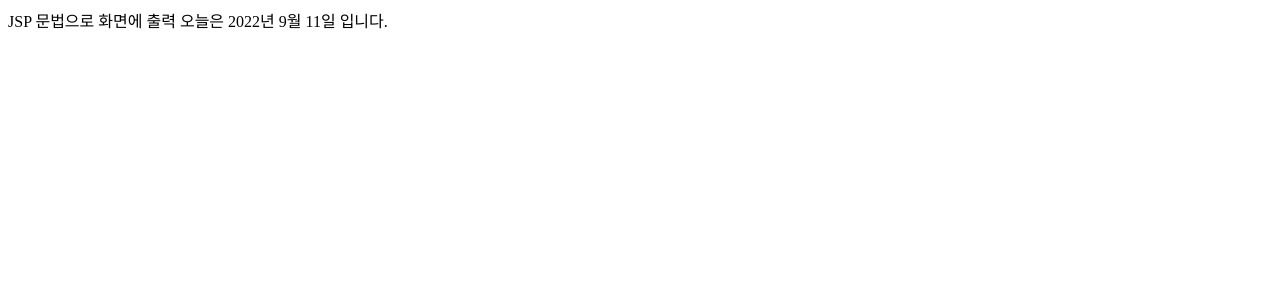
Repository: HyemCha/servlet-jsp
Page: http://localhost/ServletJSP/Test.jsp
An editor plug-in stored every save of this project. The page is shown before and after the next save, followed by the edit.
The browser window is 1280 px wide. The pictures show the whole page.
The page is served by Tomcat 9. Other server files are loaded and not shown.

Above is the page before, as saved 2022-10-11 00:27:34.

### eclipse-workspace/ServletJSP/src/main/webapp/Test.jsp
<%@page import="java.util.Date"%>
<%@ page language="java" contentType="text/html; charset=UTF-8"
    pageEncoding="UTF-8"%>
<!DOCTYPE html>
<html>
<head>
<meta charset="UTF-8">
<title>Insert title here</title>
</head>
<body>
	<%= "JSP 문법으로 화면에 출력"%>

	<%
	Date d = new Date();
	int year = d.getYear() + 1900;
	int month = d.getMonth();
	int day = d.getDate();
	String hi = "Hello";
	%>

	<%= "오늘은 " + year + "년 " + month + "월 " + day + "일 입니다." %>

</body>
</html>

After the next save:
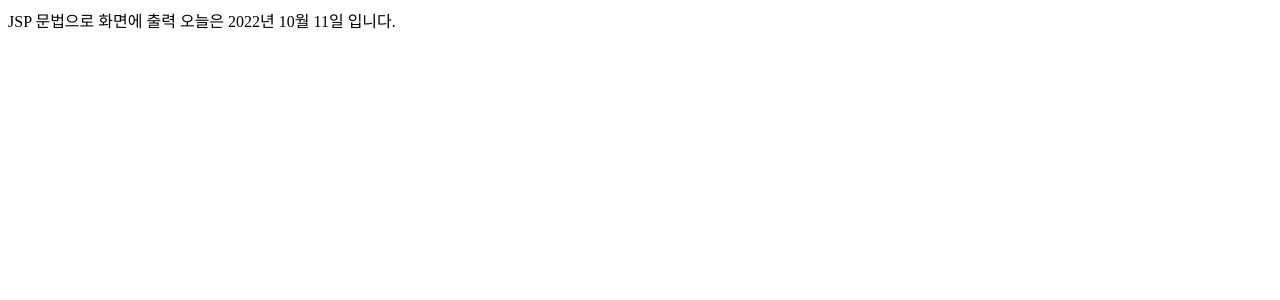
Saved 11 s later.
--- a/eclipse-workspace/ServletJSP/src/main/webapp/Test.jsp
+++ b/eclipse-workspace/ServletJSP/src/main/webapp/Test.jsp
@@ -13,7 +13,7 @@
 	<%
 	Date d = new Date();
 	int year = d.getYear() + 1900;
-	int month = d.getMonth();
+	int month = d.getMonth() + 1;
 	int day = d.getDate();
 	String hi = "Hello";
 	%>
